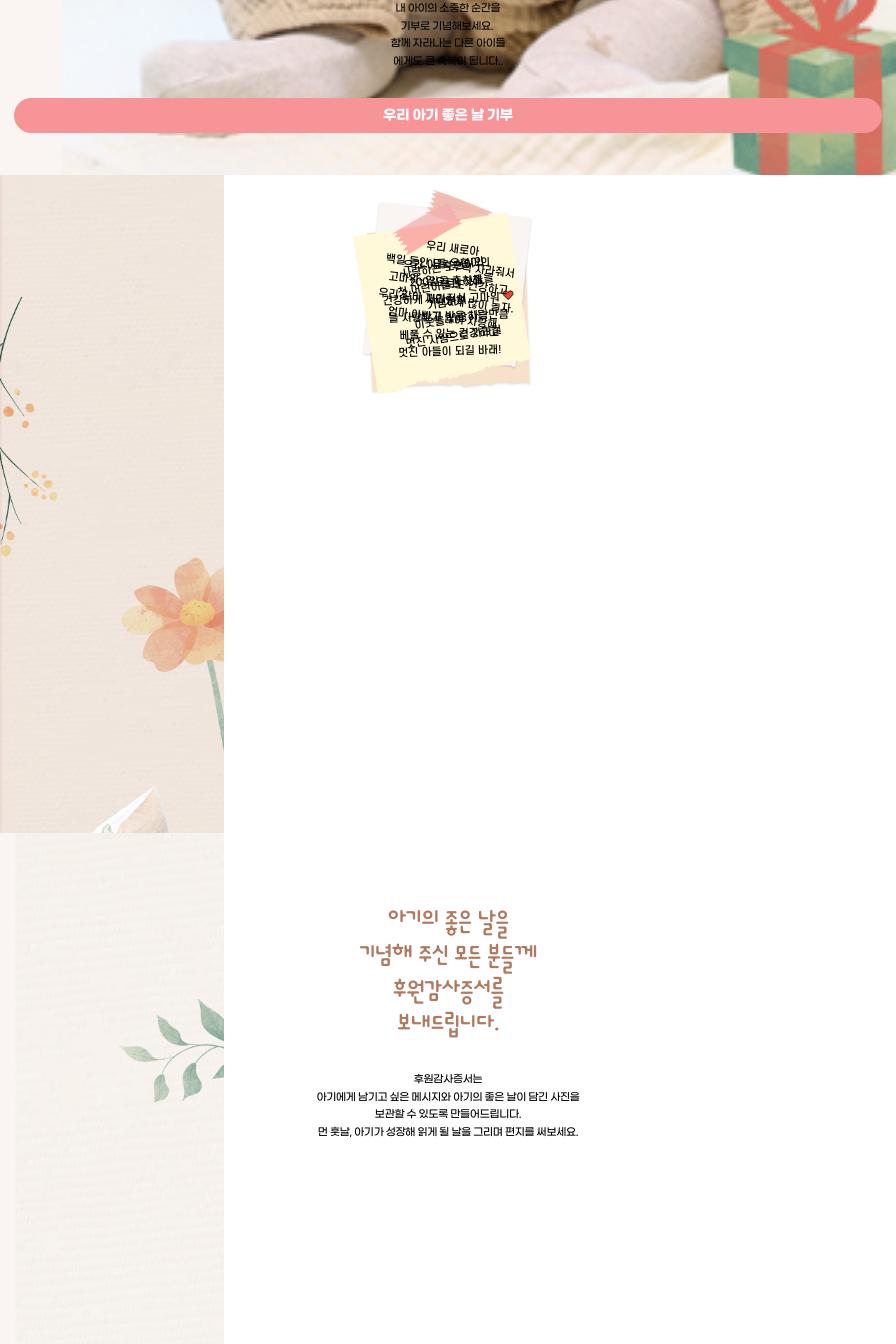
Repository: dlgywls1130/save_the_m320
Page: index.html
The author's editor kept a copy of each file at every save. The page is drawn from the files as they stood at one save, then again after the next save.
The browser window is 1280 px wide. The pictures show the part of the page from y = 760 to 2680 px (the page is 6830 px tall before and 7190 px after), at 70% of full size.

Above is the page before, as saved 2023-12-21 11:18:50.

After the next save:
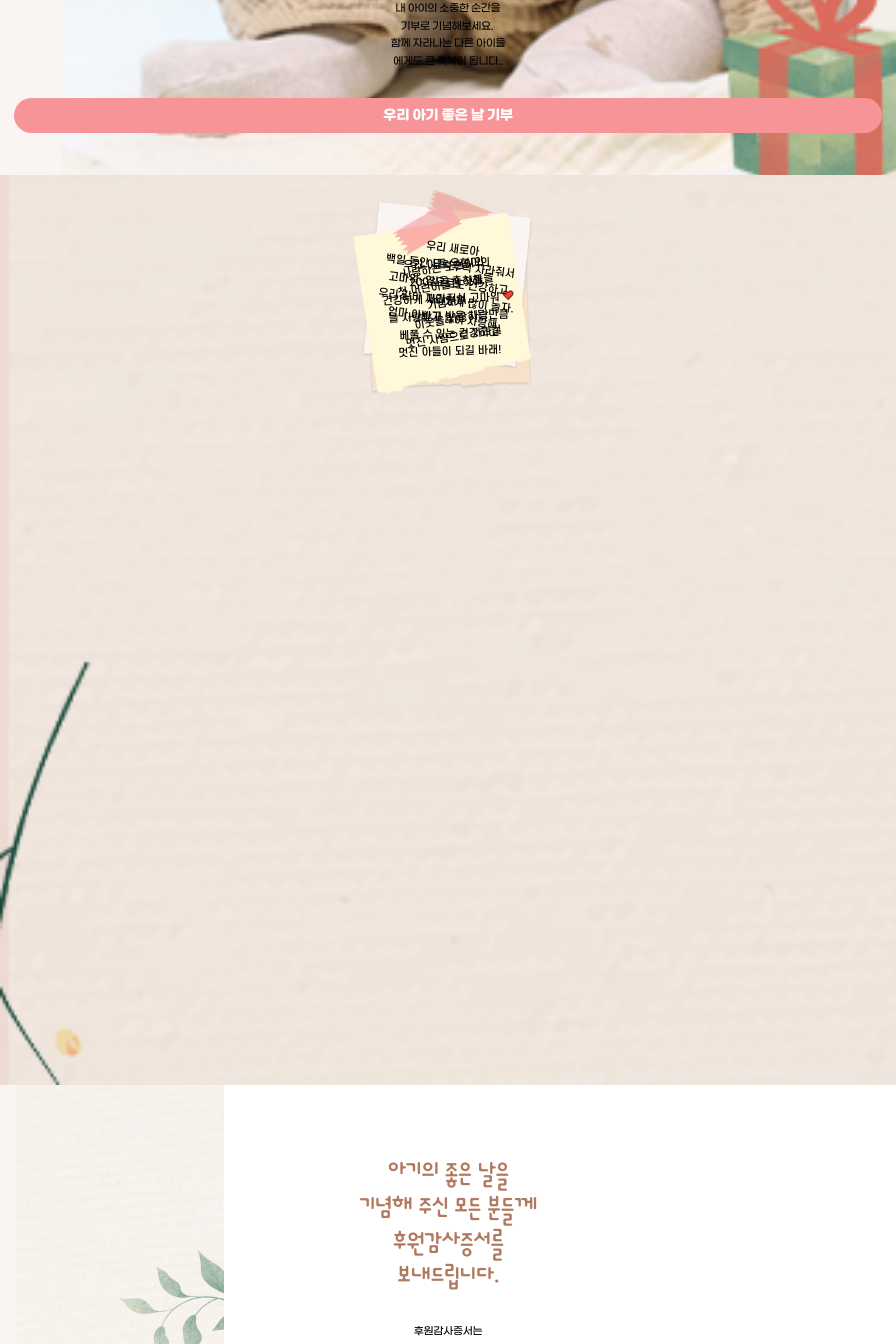
Saved 65 s later.
--- a/css/style.css
+++ b/css/style.css
@@ -235,8 +235,9 @@
 /* section02 */
 
 .section02{
-    height: 940px;
+    height: 1300px;
     background: url('../img/back01.jpg') no-repeat;
+    background-size: cover;
 }
 
 .se02{
